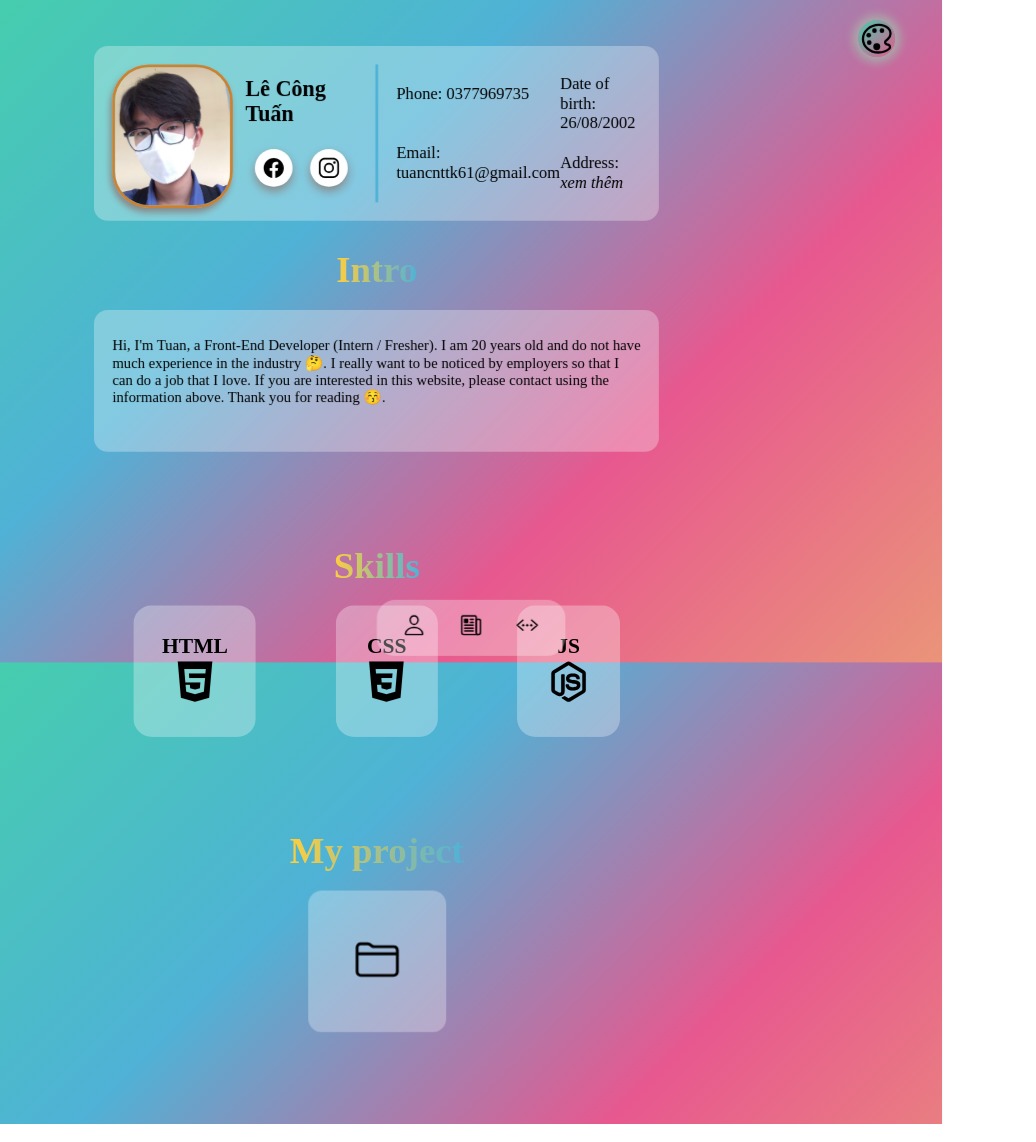
Repository: LeCongTuan2608/Profile
Page: index.html
An editor plug-in stored every save of this project. The page is shown before and after the next save, followed by the edit.
The browser window is 1024 px wide. The page is 1126 px wide, then 1024 px, so the pictures cover 1126 px, including what lies to the right of the window. The pictures show the whole page, at 92% of full size.
Backgrounds fixed to the window are drawn as part of the page. The style sheet was rebuilt from its Sass, Less or Tailwind sources for each picture, by a compiler version that may differ from the author's.

Above is the page before, as saved 2022-05-05 12:18:28.

After the next save:
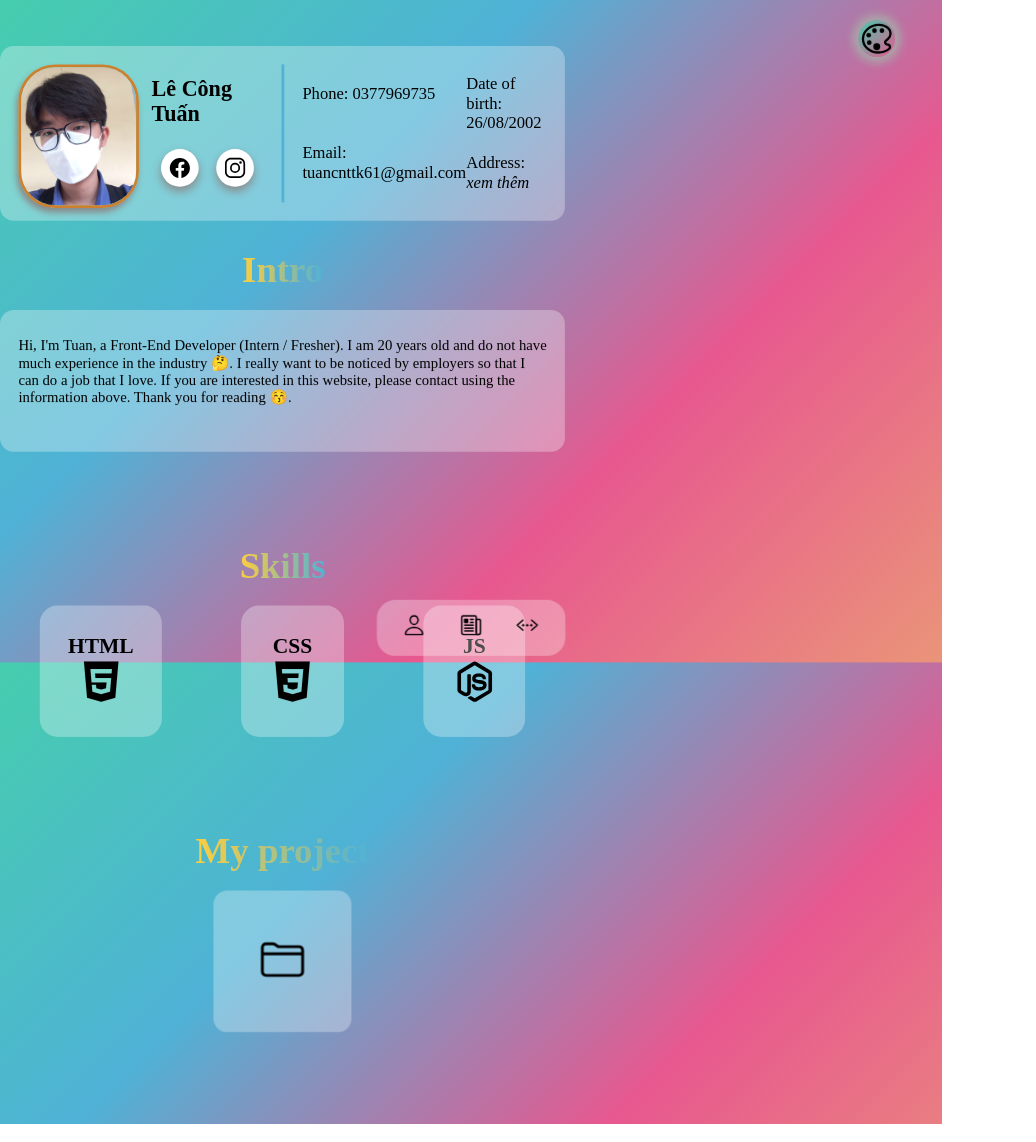
Saved 24 s later.
--- a/sass/style.scss
+++ b/sass/style.scss
@@ -399,7 +399,7 @@ background-color: #a5e296;
 }
 @media screen and (max-width:1060px) {
     .contents {
-        margin: 0 10% 0 10%;
+        margin: 0 10% 0 0;
         display: block;
     }
 }
